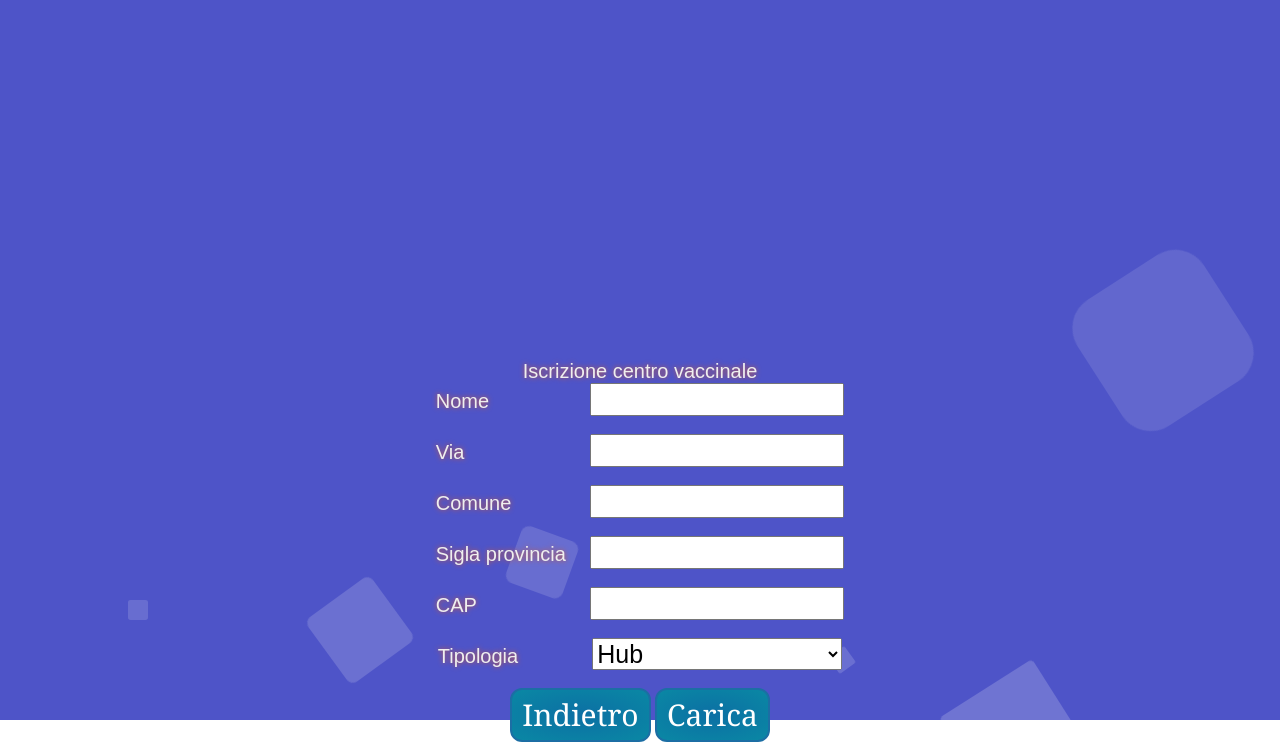
Repository: Jok98/CentriVaccinaliWebApp
Page: http://localhost/CentriVaccinaliOperatori/iscrizionecentrovax.jsp
These files come from the project's save history. The page is drawn as it stood at one moment and after the next save; the edit follows.
The browser window is 1280 px wide. The pictures show the whole page.
Some web fonts or font styles are not loaded; a fallback is used. The page is served by Tomcat 9.

Above is the page before, as saved 2022-09-24 17:27:51.

After the next save:
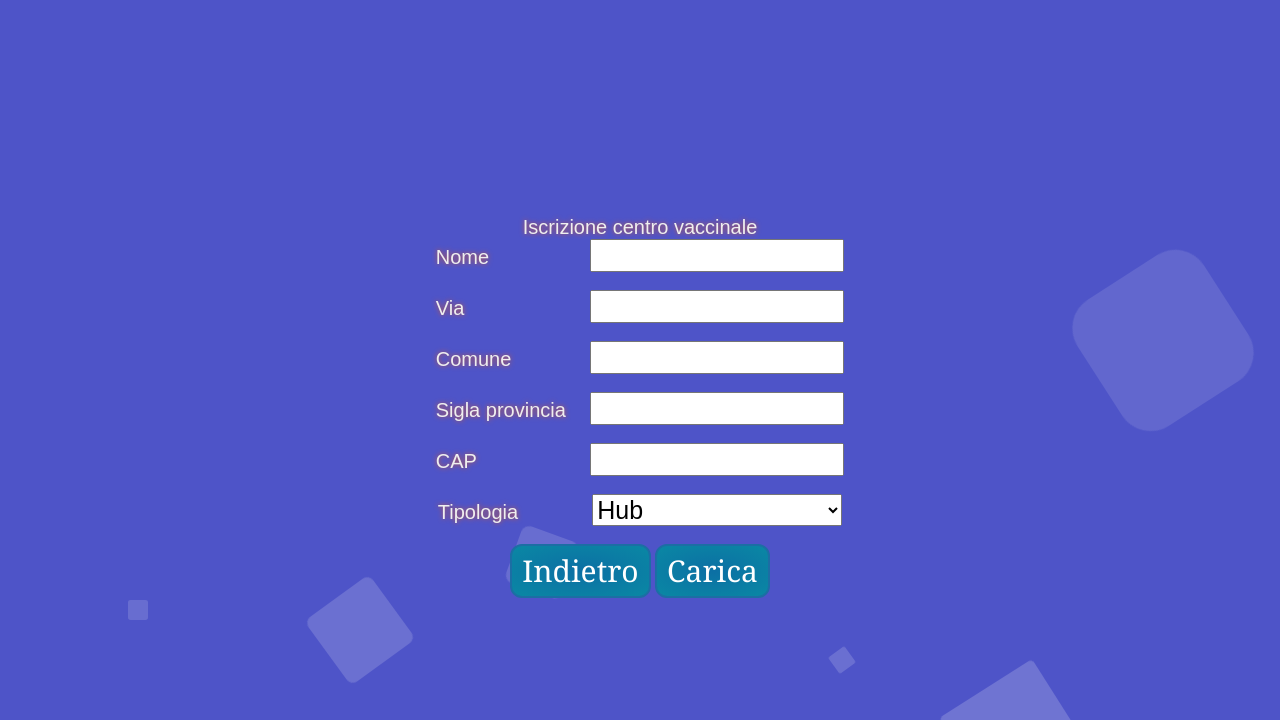
Saved 9 s later.
--- a/CentriVaccinaliOperatori/src/main/webapp/css/background.css
+++ b/CentriVaccinaliOperatori/src/main/webapp/css/background.css
@@ -15,7 +15,7 @@ html{
 .context {
     width: 100%;
     position: absolute;
-    top:50vh;
+    top:30vh;
 
 }
 
